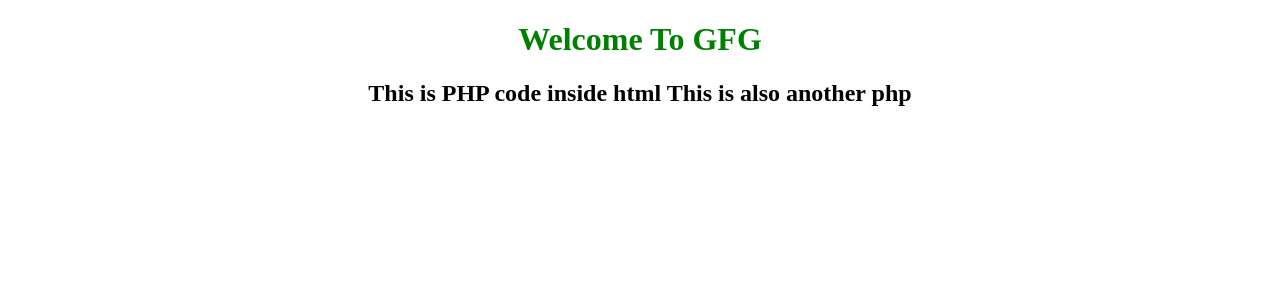
Repository: aashlinrajan/PHPprojectGH
Page: http://localhost/example1.php
An editor plug-in stored every save of this project. The page is shown before and after the next save, followed by the edit.
The browser window is 1280 px wide. The pictures show the whole page.
The page is run by PHP 8.4 with error messages shown; the project is at /var/www/html/.

Above is the page before, as saved 2022-12-14 10:59:52.

### example1.php
<!DOCTYPE html>
<html>

<head>
    <style>
        h1 {
            color: green;
        }
    </style>
</head>

<body>
    <center>
        <h1>Welcome To GFG</h1>

        <h2>
            <?php
            echo "This is PHP code inside html";
            echo " This is also another php";

            ?>
        </h2>
    </center>
</body>

</html>

After the next save:
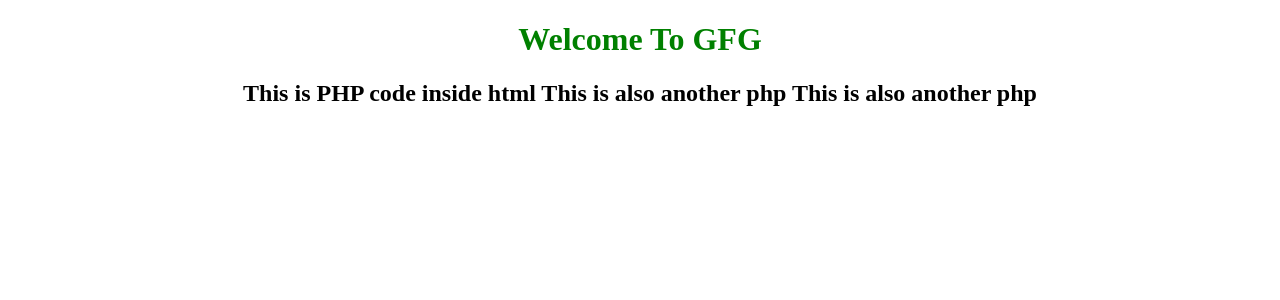
Saved 7 s later.
--- a/example1.php
+++ b/example1.php
@@ -17,7 +17,7 @@
             <?php
             echo "This is PHP code inside html";
             echo " This is also another php";
-
+            echo " This is also another php";
             ?>
         </h2>
     </center>

After the save that followed:
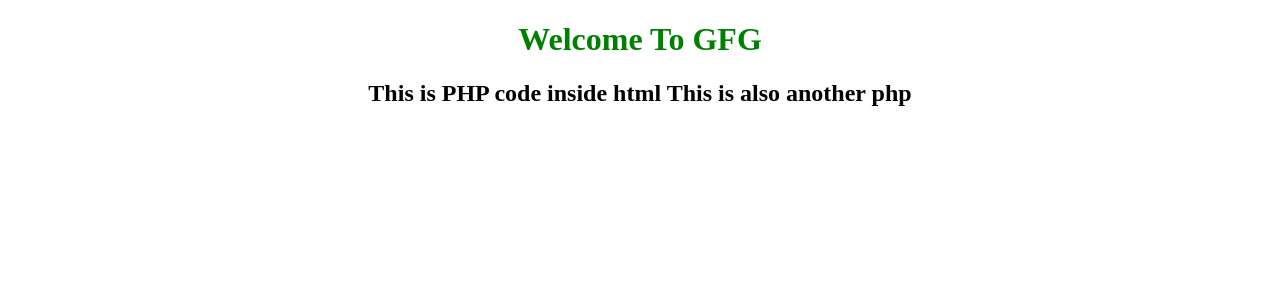
Saved 7 s later.
--- a/example1.php
+++ b/example1.php
@@ -17,7 +17,7 @@
             <?php
             echo "This is PHP code inside html";
             echo " This is also another php";
-            echo " This is also another php";
+            echo " ";
             ?>
         </h2>
     </center>
